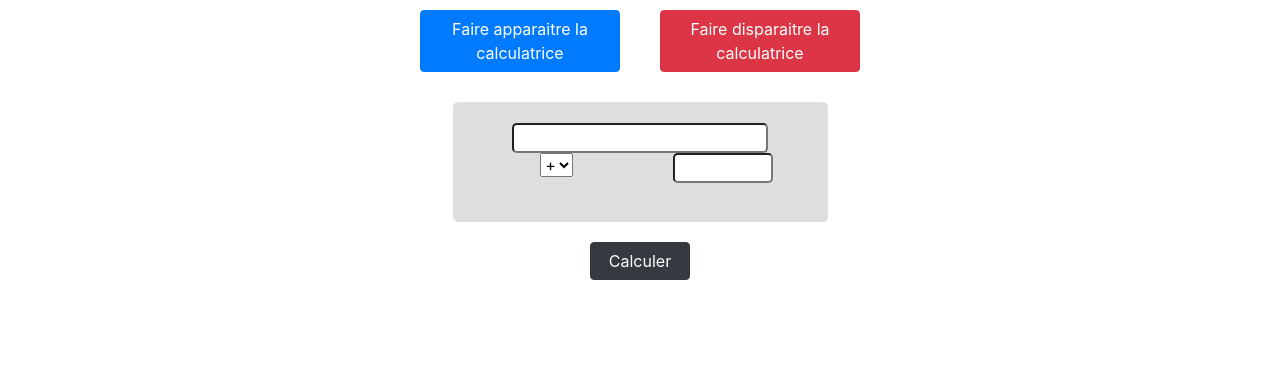
Repository: julieLyM/calculatrice
Page: calculatrice.html
An editor plug-in stored every save of this project. The page is shown before and after the next save, followed by the edit.
The browser window is 1280 px wide. The pictures show the whole page.

Above is the page before, as saved 2020-12-08 15:39:57.

### calculatrice.html
<!DOCTYPE html>
<html lang="fr">
  <head>
    <meta charset="UTF-8">
    <meta name="viewport" content="width=device-width, initial-scale=1.0">
		<link rel="stylesheet" href="https://cdn.jsdelivr.net/npm/bootstrap@4.5.3/dist/css/bootstrap.min.css" integrity="sha384-TX8t27EcRE3e/ihU7zmQxVncDAy5uIKz4rEkgIXeMed4M0jlfIDPvg6uqKI2xXr2" crossorigin="anonymous">

    <title>exercice calculatrice</title>
  </head>
  <body>
    <div class="container-fluid">
        <div class="row justify-content-center" style="padding: 10px; text-align:center">
          <button class="btn btn-primary" style="width: 200px; margin: 0 20px;" id="appear">
            Faire apparaitre la calculatrice
          </button>
          <button class="btn btn-danger" style="width: 200px; margin: 0 20px" id="disapear">
            Faire disparaitre la calculatrice
          </button>
        </div>
        <div class="row justify-content-around border rounded-lg" id="blocCal"  style="padding: 20px;margin: 20px auto; text-align:center; width: 30%;background-color: #dedede">
          <div class="col">
            <input type="text" class="rounded-lg"  id="nombre1" style="width: 100px, height: 150px;">
          </div>
          <div class="col">
            <select name="calcul" id="operateur">
              <option>+</option>
              <option>-</option>
              <option>*</option>
              <option>/</option>
            </select>
          </div>
          <div class="col">
            <input type="text" class="rounded-lg"  id="nombre2" style="width: 100px;">
          </div>
          <br>
          <br>
          </div>
        <div class="row justify-content-center" style="margin-top: 20px">
          <button type="button" class="btn btn-dark" style="width: 100px;" id="calculer">
            Calculer
          </button>
        </div>
        <br>
        <div class="row justify-content-center">
          <div id="message"></div>
        </div>
      </div>
    <!--APPEL JQUERY-->
		<script src="https://code.jquery.com/jquery-3.5.1.min.js" integrity="sha256-9/aliU8dGd2tb6OSsuzixeV4y/faTqgFtohetphbbj0=" crossorigin="anonymous"></script>
		<script src="https://cdn.jsdelivr.net/npm/bootstrap@4.5.3/dist/js/bootstrap.bundle.min.js" integrity="sha384-ho+j7jyWK8fNQe+A12Hb8AhRq26LrZ/JpcUGGOn+Y7RsweNrtN/tE3MoK7ZeZDyx" crossorigin="anonymous"></script>
    <!--NOTRE CODE JS-->
    <script src="calculatrice.js"></script>
  </body>
</html>

### calculatrice.js
//Etapes :
// --------
// - faire une page html
// - créer deux input type text avec deux id différent pour la saisie des valeurs
// - créer un select avec un id pour proposer les différents opérateurs. (+-*/    ** %)
// - créer un bouton avec un id pour lancer le calcul (button, span)

// Avec js :
// ---------
// - lors du click  sur le bouton (evenement) :
// - récupérer les deux saisies des champs text et l'opérateur selectionné

// - il peut être important de passer les saisies dans un parseFloat() pour les transformer en type number
// - declencher le calcul des saisies selon  l'opérateur avec un if qui va tester l'opérateur pour déclencher l'opération.
// - afficher l'opération avec le résultat.

// Pour aller plus loin :
// ----------------------
// - essayer de donner la possibilité de faire apparaitre ou disparaitre la calculatrice

$(document).ready(function () {
  $('#appear').on('click', function () {
    $('#blocCal').slideDown(1000);
  });

  // Cacher la  calculatrice :
  $('#disapear').on('click', function () {
    $('#blocCal').slideUp(1000);
  });

  $('#calculer').on('click', function () {
    var value1 = $('#nombre1').val();
    var signe = $('#operateur').val();
    var value2 = $('#nombre2').val();

    value1 = parseFloat(value1);
    value2 = parseFloat(value2);
    var resultat = '';

    if (signe == '+') {
      resultat = $('#message').html(
        '<div style="background-color: pink;color: yellow; text-align: center;font-size:26px; padding:20px">Résultat addition: ' +
          value1 +
          signe +
          value2 +
          ' = ' +
          (value1 + value2) +
          '</div>'
      );
    } else if (signe == '-') {
      resultat = resultat = $('#message').html(
        '<div style="background-color: pink;color: blue; text-align: center;font-size:26px; padding:20px">Résultat soustration: ' +
          value1 +
          signe +
          value2 +
          ' = ' +
          (value1 - value2) +
          '</div>'
      );
    } else if (signe == '*') {
      resultat = resultat = $('#message').html(
        '<div style="background-color: pink;color: purple; text-align: center;font-size:26px; padding:20px">Résultat multiplication: ' +
          value1 +
          signe +
          value2 +
          ' = ' +
          value1 * value2 +
          '</div>'
      );
    } else if (signe == '/') {
      resultat = resultat = $('#message').html(
        '<div style="background-color: pink;color: green; text-align: center;font-size:26px; padding:20px">Résultat division: ' +
          value1 +
          signe +
          value2 +
          ' = ' +
          value1 / value2 +
          '</div>'
      );
    }
  });

  $('#nombre1, #nombre2').on('mouseover', function () {
    $('#message').html(
      `<div style="background-color: pink;color: red; padding:20px">Saisir un chiffre</div>`
    );
  });

  $('#nombre1, #nombre2').on('mouseout', function () {
    $('#message').html('');
  });

  $('#operateur').on('mouseover', function () {
    $('#message').html(
      `<div style="background-color: pink;color: red; padding:20px">Saisir un opérateur + - / *</div>`
    );
  });
  $('#operateur').on('mouseout', function () {
    $('#message').html('');
  });
});

After the next save:
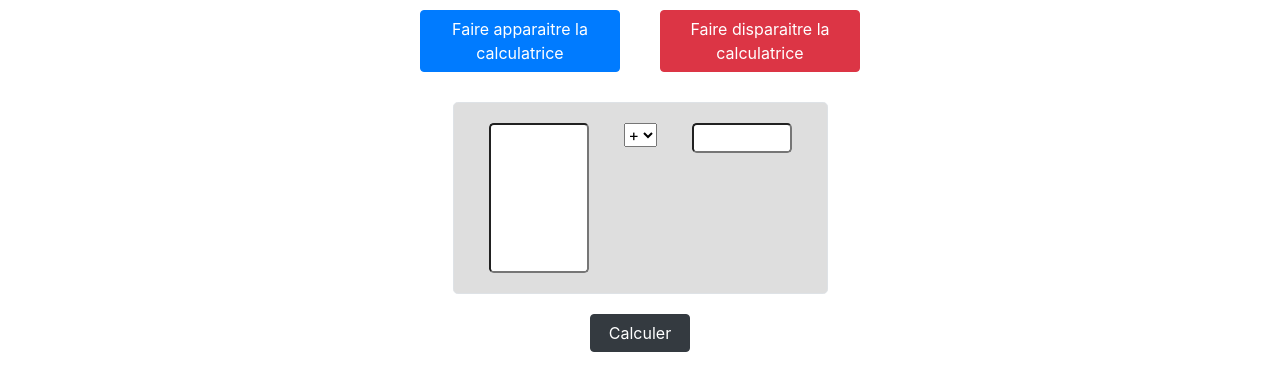
Saved 14 s later.
--- a/calculatrice.html
+++ b/calculatrice.html
@@ -19,7 +19,7 @@
         </div>
         <div class="row justify-content-around border rounded-lg" id="blocCal"  style="padding: 20px;margin: 20px auto; text-align:center; width: 30%;background-color: #dedede">
           <div class="col">
-            <input type="text" class="rounded-lg"  id="nombre1" style="width: 100px, height: 150px;">
+            <input type="text" class="rounded-lg"  id="nombre1" style="width: 100px; height: 150px;">
           </div>
           <div class="col">
             <select name="calcul" id="operateur">
